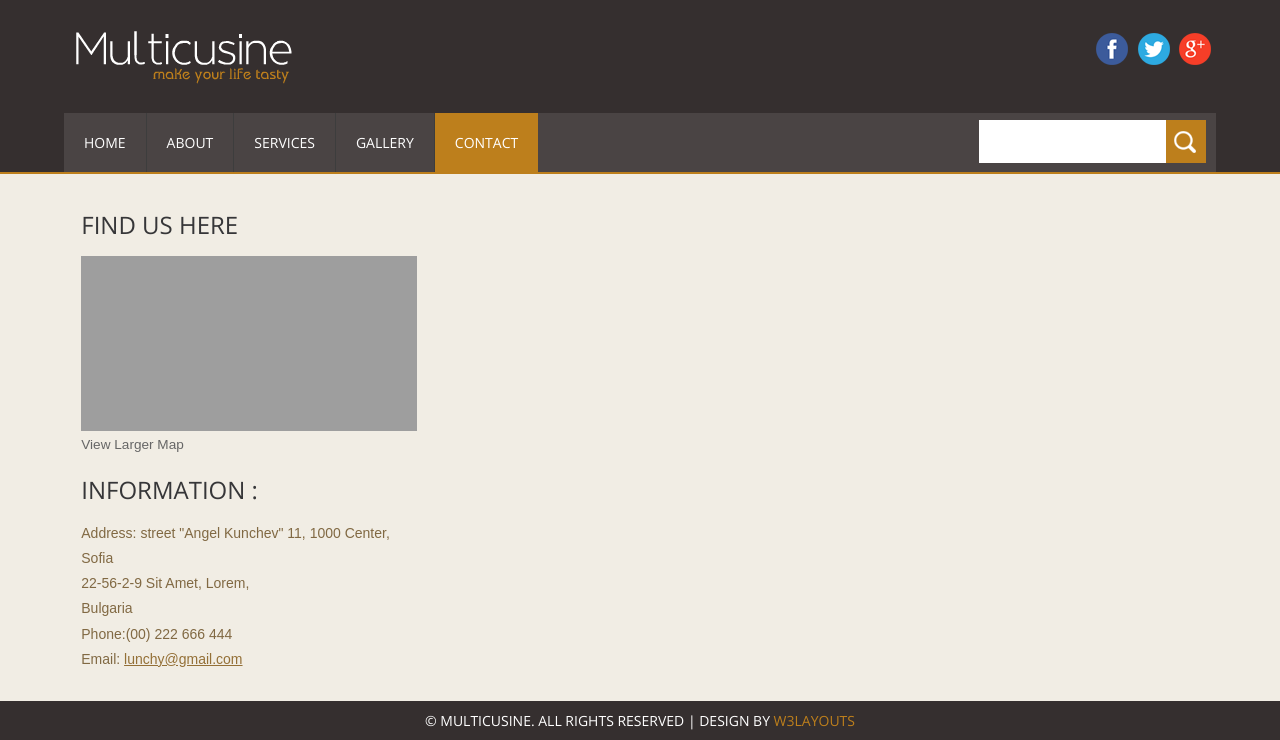
Repository: desso919/lunchy
Page: Lunchy/WebContent/web/contact.html
These files come from the project's save history. The page is drawn as it stood at one moment and after the next save; the edit follows.
The browser window is 1280 px wide. The pictures show the whole page.
Pictures or frames that could not be fetched are drawn as grey boxes.

Above is the page before, as saved 2018-01-15 22:31:05.

### Lunchy/WebContent/web/contact.html
<!--
Author: W3layouts
Author URL: http://w3layouts.com
License: Creative Commons Attribution 3.0 Unported
License URL: http://creativecommons.org/licenses/by/3.0/
-->
<!DOCTYPE HTML>
<html>
<head>
  <title>Multicusine a Hotels and Restaurants Category Website Template | Contact  :: W3layouts</title>
  <meta http-equiv="Content-Type" content="text/html; charset=utf-8" />
  <meta name="viewport" content="width=device-width, initial-scale=1, maximum-scale=1">
  <link href="css/style.css" rel="stylesheet" type="text/css"  media="all" />
  <link href='//fonts.googleapis.com/css?family=Open+Sans' rel='stylesheet' type='text/css'>
 </head>
  <body>
	<!----start-header----->
	 <div class="header">
	     <div class="wrap">
			<div class="top-header">
				<div class="logo">
					<a href="index.html"><img src="images/logo.png" title="logo" /></a>
				</div>
				<div class="social-icons">
					<ul>
						<li><a href="#"><img src="images/facebook.png" title="facebook" /></a></li>
						<li><a href="#"><img src="images/twitter.png" title="twitter" /></a></li>
						<li><a href="#"><img src="images/google.png" title="google pluse" /></a></li>
					</ul>
				</div>
				<div class="clear"> </div>
			</div>
			<!---start-top-nav---->
			<div class="top-nav">
				<div class="top-nav-left">
					<ul>
						<li><a href="index.html">Home</a></li>
						<li><a href="about.html">About</a></li>
						<li><a href="services.html">Services</a></li>
						<li><a href="gallery.html">Gallery</a></li>
						<li class="active"><a href="contact.html">Contact</a></li>
						<div class="clear"> </div>
					</ul>
				</div>
				<div class="top-nav-right">
					<form>
						<input type="text"><input type="submit" value="" />
					</form>
				</div>
				<div class="clear"> </div>
			</div>
			<!---End-top-nav---->
		</div>
	</div>
   <!----End-header----->
		 <!---start-content---->
		 <div class="content">
		 	<!---start-contact---->
		 	<div class="contact">
		 		<div class="wrap">
				<div class="section group">
				<div class="col span_1_of_3">
					<div class="contact_info">
			    	 	<h3>Find Us Here</h3>
			    	 		<div class="map">
					   			<iframe width="100%" height="175" frameborder="0" scrolling="no" marginheight="0" marginwidth="0" src="https://maps.google.co.in/maps?f=q&amp;source=s_q&amp;hl=en&amp;geocode=&amp;q=Lighthouse+Point,+FL,+United+States&amp;aq=4&amp;oq=light&amp;sll=26.275636,-80.087265&amp;sspn=0.04941,0.104628&amp;ie=UTF8&amp;hq=&amp;hnear=Lighthouse+Point,+Broward,+Florida,+United+States&amp;t=m&amp;z=14&amp;ll=26.275636,-80.087265&amp;output=embed"></iframe><br><small><a href="https://maps.google.co.in/maps?f=q&amp;source=embed&amp;hl=en&amp;geocode=&amp;q=Lighthouse+Point,+FL,+United+States&amp;aq=4&amp;oq=light&amp;sll=26.275636,-80.087265&amp;sspn=0.04941,0.104628&amp;ie=UTF8&amp;hq=&amp;hnear=Lighthouse+Point,+Broward,+Florida,+United+States&amp;t=m&amp;z=14&amp;ll=26.275636,-80.087265" style="color:#666;text-align:left;font-size:0.85em">View Larger Map</a></small>
					   		</div>
      				</div>
      			<div class="company_address">
				     	<h3>Information :</h3>
						    	<p>Address: street "Angel Kunchev" 11, 1000 Center, Sofia</p>
						   		<p>22-56-2-9 Sit Amet, Lorem,</p>
						   		<p>Bulgaria</p>
				   		<p>Phone:(00) 222 666 444</p>
				 	 	<p>Email: <span><a href="mailto:info@example.com">lunchy@gmail.com</a></span></p>

				   </div>
				</div>

			  </div>
			</div>
			</div>

	<div class="copy-right">
		<div class="top-to-page">
						<a href="#top" class="scroll"> </a>
						<div class="clear"> </div>
					</div>
		<p> © Multicusine. All Rights Reserved | Design by <a href="http://w3layouts.com/"> W3layouts</a></p>
	</div>
		 <!---End-footer---->
	</body>
</html>

Loaded but not shown: Lunchy/WebContent/web/css/style.css (1068 lines, source omitted)

After the next save:
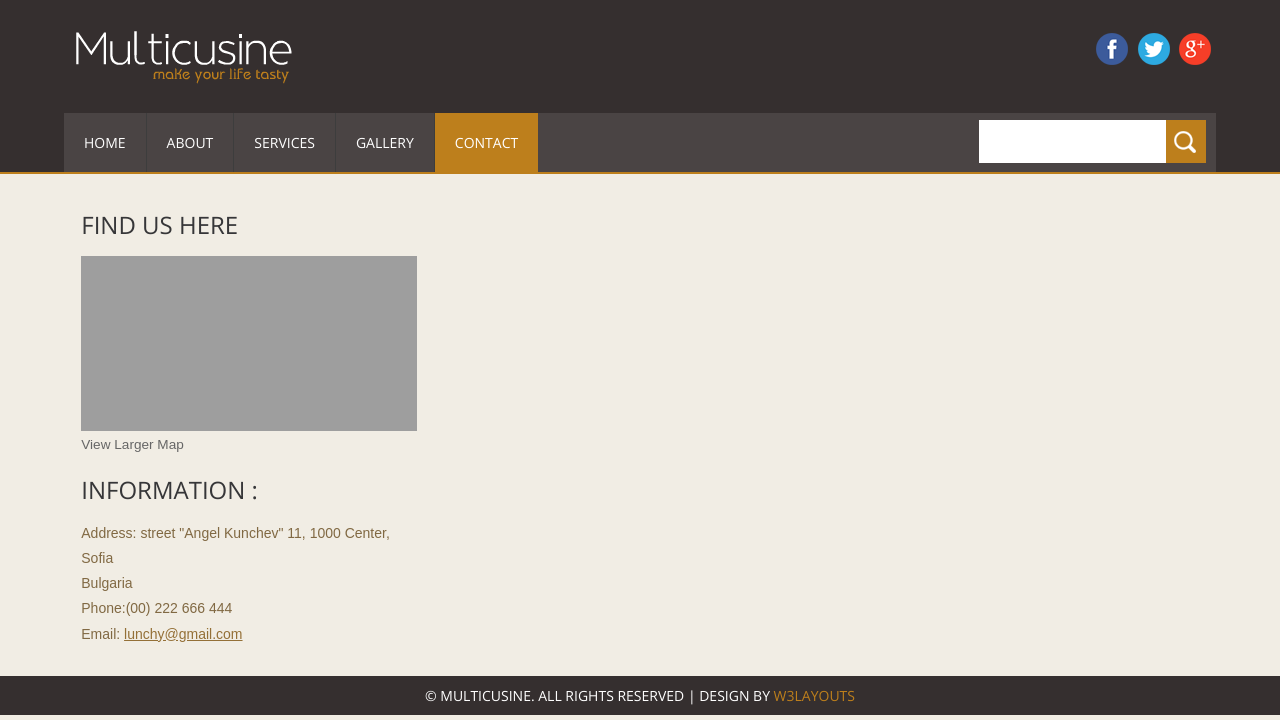
Saved 22 s later.
--- a/Lunchy/WebContent/web/contact.html
+++ b/Lunchy/WebContent/web/contact.html
@@ -65,15 +65,13 @@ License URL: http://creativecommons.org/licenses/by/3.0/
 			    	 		<div class="map">
 					   			<iframe width="100%" height="175" frameborder="0" scrolling="no" marginheight="0" marginwidth="0" src="https://maps.google.co.in/maps?f=q&amp;source=s_q&amp;hl=en&amp;geocode=&amp;q=Lighthouse+Point,+FL,+United+States&amp;aq=4&amp;oq=light&amp;sll=26.275636,-80.087265&amp;sspn=0.04941,0.104628&amp;ie=UTF8&amp;hq=&amp;hnear=Lighthouse+Point,+Broward,+Florida,+United+States&amp;t=m&amp;z=14&amp;ll=26.275636,-80.087265&amp;output=embed"></iframe><br><small><a href="https://maps.google.co.in/maps?f=q&amp;source=embed&amp;hl=en&amp;geocode=&amp;q=Lighthouse+Point,+FL,+United+States&amp;aq=4&amp;oq=light&amp;sll=26.275636,-80.087265&amp;sspn=0.04941,0.104628&amp;ie=UTF8&amp;hq=&amp;hnear=Lighthouse+Point,+Broward,+Florida,+United+States&amp;t=m&amp;z=14&amp;ll=26.275636,-80.087265" style="color:#666;text-align:left;font-size:0.85em">View Larger Map</a></small>
 					   		</div>
-      				</div>
+      			</div>
       			<div class="company_address">
 				     	<h3>Information :</h3>
-						    	<p>Address: street "Angel Kunchev" 11, 1000 Center, Sofia</p>
-						   		<p>22-56-2-9 Sit Amet, Lorem,</p>
-						   		<p>Bulgaria</p>
+						<p>Address: street "Angel Kunchev" 11, 1000 Center, Sofia</p>
+						 <p>Bulgaria</p>
 				   		<p>Phone:(00) 222 666 444</p>
 				 	 	<p>Email: <span><a href="mailto:info@example.com">lunchy@gmail.com</a></span></p>
-
 				   </div>
 				</div>
 
